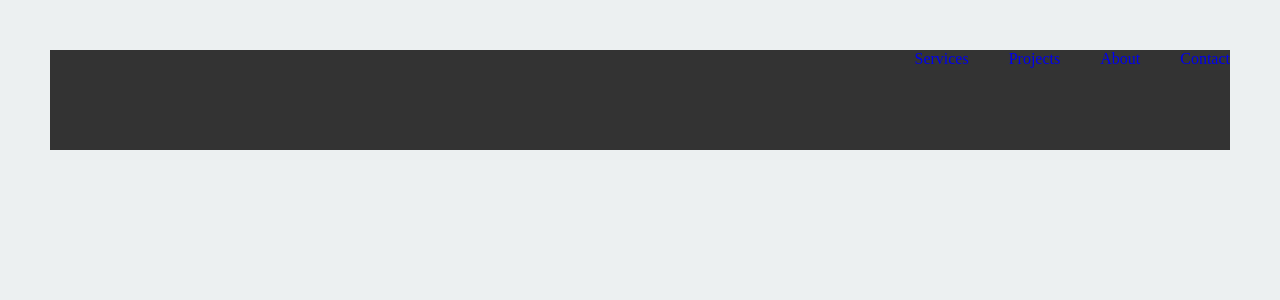
Repository: arifshahriyarnader/css-flexbox
Page: Exercise 1/index.html
The author's editor kept a copy of each file at every save. The page is drawn from the files as they stood at one save, then again after the next save.
The browser window is 1280 px wide. The pictures show the whole page.

Above is the page before, as saved 2024-06-15 15:39:47.

After the next save:
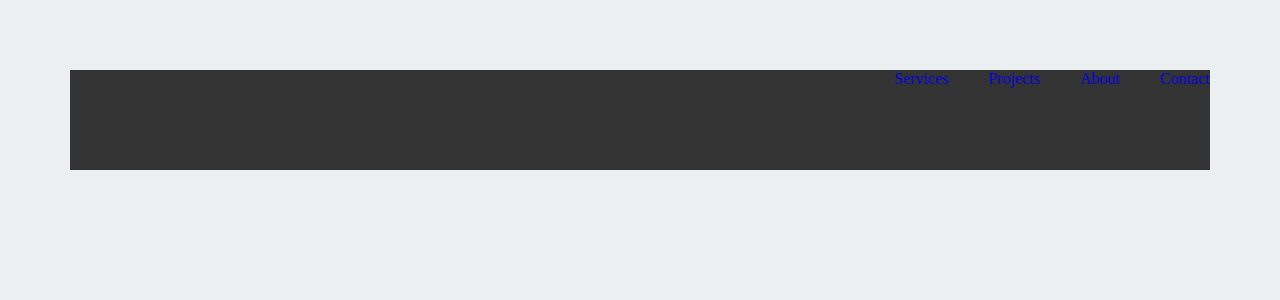
Saved 16 s later.
--- a/Exercise 1/css/style.css
+++ b/Exercise 1/css/style.css
@@ -15,7 +15,7 @@ body{
 .menubar_sec{
     background-color:#333333;
     min-height:100px;
-    margin: 50px;
+    margin: 70px;
     display:flex;
     justify-content: space-between;
 }
